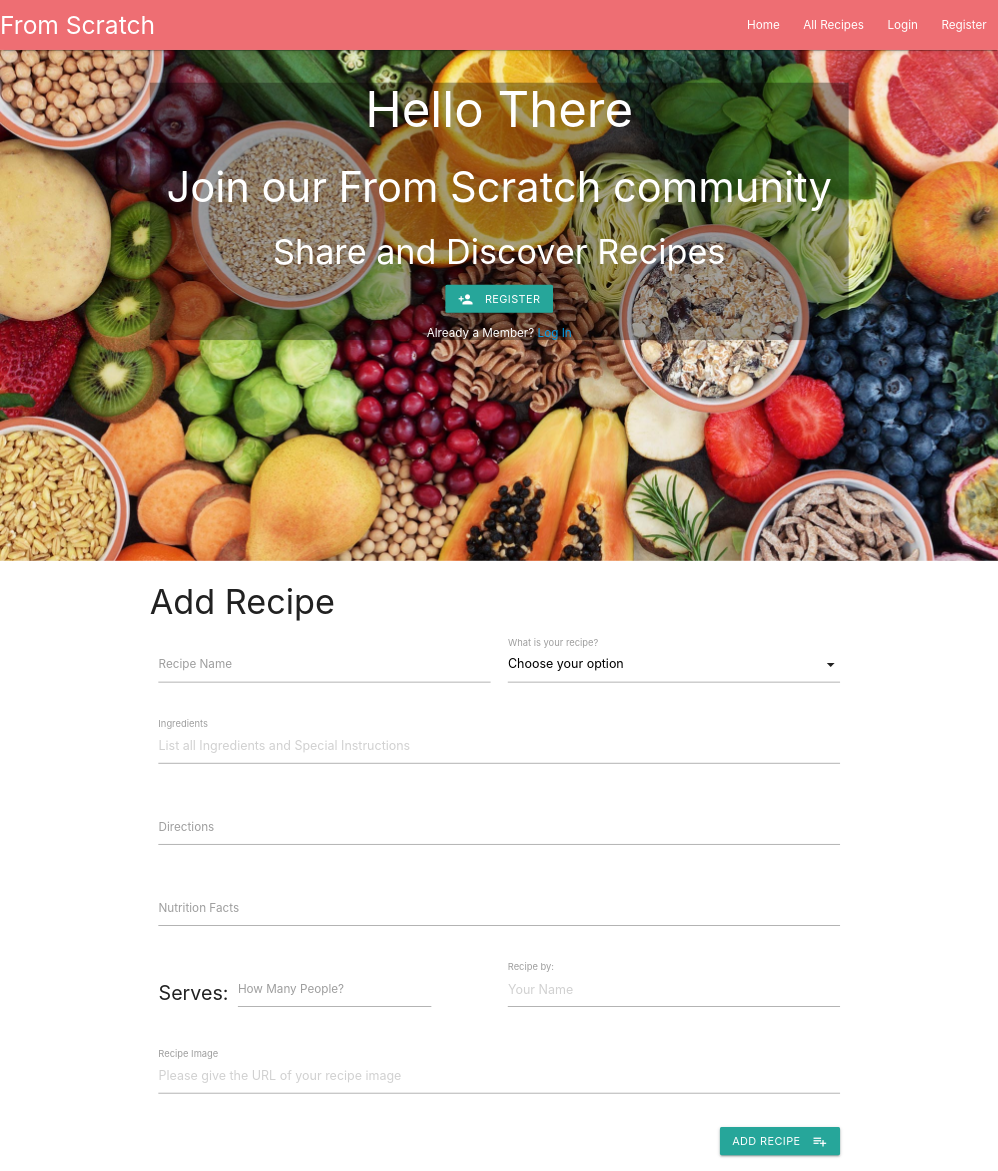
Repository: callendera/MilestoneProject3
Page: http://localhost/
The author's editor kept a record of every edit. The page is drawn from the files as they stood at one moment, then again after the next edit.
The browser window is 1280 px wide. The pictures show the whole page, at 78% of full size.
Backgrounds fixed to the window are drawn as part of the page. The page is served by the project's application, run on Flask 3 (recipe.py). Queries for data that is not in the repository find no rows.

Above is the page before.

### templates/recipe-home.html
{% extends 'base.html' %} {% block content %}

<div class="callout background-callout">
    <div class="container callout-text-background-color">

        <h1>Hello There</h1>
        <h2>Join our From Scratch community</h2>
        <h3>Share and Discover Recipes</h3>
        <a class="waves-effect waves-light btn"><i class="material-icons left">person_add</i>Register</a>
        <p>Already a Member? <a href=#>Log In</a></p>

    </div>
</div>
<div class="container flow-text" id="all-recipes">

    <div class="row">
        {% for recipes in from_scratch %}
        <div class="col s6">
          <a href="#"> <img class="materialboxed recipe-image" data-caption="{{recipes.recipe_name}}" src="{{recipes.recipe_image}}" ></a>
          <a href="#"><p class="recipe-name-margin"><strong>{{recipes.recipe_name}}</strong></p></a>
        </div>
        {% endfor %}
    </div>


    <h3>Add Recipe</h3>
    <div class="row">
        <form class="col s12" action="{{ url_for('insert_recipe') }}" method='POST'>
            <div class="row">
                <div class="input-field col s6">
                    <input id="recipe_name" name="recipe_name" type="text" class="validate">
                    <label for="recipe_name">Recipe Name</label>
                </div>

                <div class="input-field col s6">
                    <select id="recipe_type" name="recipe_type">
                  <option value="" disabled selected>Choose your option</option>
                  <option value="1">Vegetarian</option>
                  <option value="2">Chicken</option>
                  <option value="3">Beef</option>
                  <option value="3">Vegan</option>
                  <option value="3">Fish</option>
                  <option value="3">Pork</option>
                </select>
                    <label>What is your recipe?</label>
                </div>
            </div>
            <div class="row">
                <div class="input-field col s12">
                    <input placeholder="List all Ingredients and Special Instructions" name="ingredients0" id="ingredients0" type="text" class="validate">
                    <label for="ingredients0">Ingredients</label>
                </div>
            </div>
            <div class="row">
                <div class="input-field col s12">
                    <input id="directions0" name="directions0" type="text" class="validate">
                    <label for="directions0">Directions</label>
                </div>
            </div>
            <div class="row">
                <div class="input-field col s12">
                    <input id="nutrition0" name="nutrition0" type="text" class="validate">
                    <label for="nutrition0">Nutrition Facts</label>
                </div>
            </div>
            <div class="row">
                <div class="col s6">
                    Serves:
                    <div class="input-field inline">
                        <input id="serves" name="serves" type="number" class="validate">
                        <label for="serves">How Many People? </label>

                    </div>
                </div>
                <div class="input-field col s6">
                    <input placeholder="Your Name" id="recipe_name" name="recipe_name" type="text" class="validate">
                    <label for="recipe_name">Recipe by:</label>
                </div>
            </div>
            <div class="row">
                <div class="input-field col s12">
                    <input placeholder="Please give the URL of your recipe image" id="recipe_image" name="recipe_image" type="text" class="validate required">
                    <label for="recipe_image">Recipe Image</label>
                </div>
            </div>
            <button class="btn waves-effect waves-light right" type="submit" name="action">Add Recipe
            <i class="material-icons right">playlist_add</i>
         </button>
        </form>
        {% endblock %}
    </div>
</div>

### templates/base.html
<!DOCTYPE html>
<html>

<head>
    <link href="https://fonts.googleapis.com/icon?family=Material+Icons" rel="stylesheet">
    <!--link for Icons in Materialize-->

    <!--JQuery needs to be active before Materialize can render its' data-->

    <link rel="stylesheet" href="https://cdnjs.cloudflare.com/ajax/libs/materialize/1.0.0/css/materialize.min.css">
    <link rel="stylesheet" href="{{url_for('static',filename='css/style.css')}}" type="text/css" />
</head>

<body>
    <div class="navbar-fixed">
        <nav>
            <div class="nav-wrapper">
                <a href="index.html" class="brand-logo">From Scratch</a>
                <a href="#" data-target="mobile-nav" class="sidenav-trigger"><i class="material-icons">menu</i></a>
                <ul class="right hide-on-med-and-down">
                    <li><a href="#top">Home</a></li>
                    <li><a href="#all-recipes">All Recipes</a></li>
                    <li><a href="collapsible.html">Login</a></li>
                    <li><a href="mobile.html">Register</a></li>
                </ul>
            </div>
        </nav>
    </div>

    <ul class="sidenav" id="mobile-nav">
        <li><a href="#top">Home</a></li>
        <li><a href="#all-recipes">All Recipes</a></li>
        <li><a href="collapsible.html">Login</a></li>
        <li><a href="mobile.html">Register</a></li>
    </ul>



    {% block content %}
    <!--contains any content needed for each page, this give a template for such-->
    {% endblock %}



    <script src="https://cdnjs.cloudflare.com/ajax/libs/jquery/3.4.1/jquery.min.js" integrity="sha256-CSXorXvZcTkaix6Yvo6HppcZGetbYMGWSFlBw8HfCJo=" crossorigin="anonymous"></script>
    <script src="https://cdnjs.cloudflare.com/ajax/libs/materialize/1.0.0/js/materialize.min.js"></script>
    <!-- Script to use Materialize functionality-->
    <script type="text/javascript">
        $(document).ready(function() {
            $('select').formSelect();
        });
    </script>
    <script type="text/javascript">
        $(document).ready(function() {
            $('.collapsible').collapsible();
        });
    </script>
    <script type="text/javascript">
        $(document).ready(function() {
            $('.sidenav').sidenav();
        });
    </script>

    <!-- script for the collapsibles-->
</body>

</html>

### recipe.py
import os
from flask import Flask, render_template, redirect, request, url_for
from flask_pymongo import PyMongo
from bson.objectid import ObjectId
#sets up application for use with PyMongo, Flask

app = Flask(__name__)
app.config["MONGO_DBNAME"] = 'from_scratch'
#creates link between Database and application
app.config["MONGO_URI"] = os.getenv("MONGO_URI")

#creates application to be tested

mongo = PyMongo(app)

@app.route('/')

@app.route('/get_recipes')
#Display text as proof of concept
def get_recipes():
    from_scratch = mongo.db.recipes.find()
    return render_template( "recipe-home.html", from_scratch=from_scratch)

@app.route('/add_recipes')
def add_recipes():
    from_scratch = mongo.db.recipes.find()
    return render_template( "recipe-home.html")

@app.route('/insert_recipe', methods=['POST'])
def insert_recipe():
    from_scratch = mongo.db.recipes
    from_scratch.insert_one(request.form.to_dict())
    return redirect(url_for('get_recipes'))

if __name__ == '__main__':
    app.run(host=os.environ.get('IP'),
            port=int(os.environ.get('PORT')),
            debug=True)
#So they know how and where to run application

### static/css/style.css
.recipe-image {
    height: 300px;
    width: 400px;
    padding: 20px;
    padding-bottom: 5px;
}
.recipe-name-margin {
    margin-top: 0px;
}
.background-callout {
     /*--- FOR ALL BACKGROUND CONTAINERS sets background image for callout container.
    it is set to not repeat, so the image doesnt stretch, and the image will be centered horizontally and
    pushed to the top of the container. the background will also not scroll, but remained positioned so things will scroll past it---*/
    background: url("../images/foods.jpg")no-repeat center center fixed;
    /*--- adjusts background for different browsers ---*/
    -webkit-background-size: cover;
    -moz-background-size: cover;
    -o-background-size: cover;
    background-size: cover;

    /*--- makes the background fit to the container ---*/
    overflow: hidden;

    /*--- aligns and justifies text in container ---*/
    align-items: center;
    justify-content: center;
    /*--- the height that container will take up in the viewport ---*/
    height: 91vh;
}

.callout-text-background-color {
    text-align: center;
    background-color: #05000059;
    color: white;
    height: 330px;

}

### templates/recipe-details.html
{% extends 'base.html' %} {% block content %}

{% for recipes in from_scratch %}
<h2>{{recipes.recipe_name}}</h2>
<div class="divider"></div>
  <div class="section">
    <h5>Ingredients</h5>
    <p>{{recipes.ingredients0}}</p>
  </div>
  <div class="divider"></div>
  <div class="section">
    <h5>Directions</h5>
    <p>{{recipes.directions0}}</p>
  </div>
  <div class="divider"></div>
  <div class="section">
    <h5>Nutrition Facts</h5>
    <p>{{recipes.nutrition0}}</p>
  </div>
{% endfor %}

{% endblock %}

After the next edit:
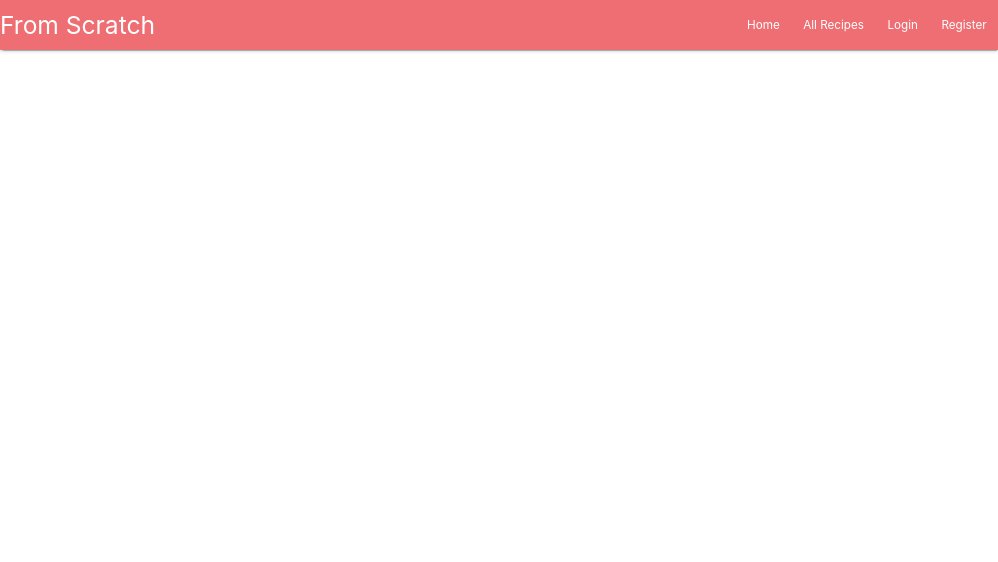
The edit:
--- a/recipe.py
+++ b/recipe.py
@@ -19,7 +19,7 @@
 #Display text as proof of concept
 def get_recipes():
     from_scratch = mongo.db.recipes.find()
-    return render_template( "recipe-home.html", from_scratch=from_scratch)
+    return render_template( "recipe-details.html", from_scratch=from_scratch)
 
 @app.route('/add_recipes')
 def add_recipes():
